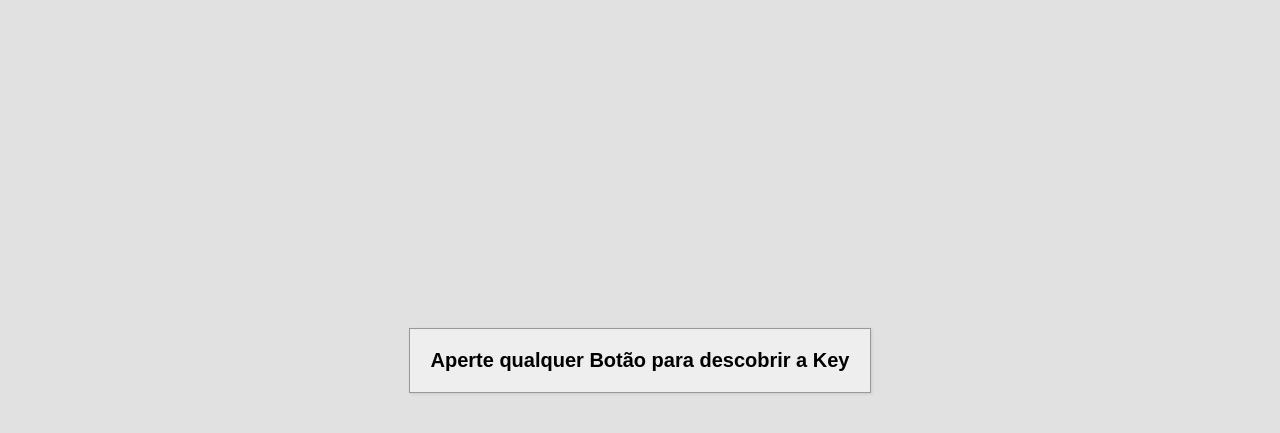
Repository: Williamlmachado/KeyCode
Page: index.html
An editor plug-in stored every save of this project. The page is shown before and after the next save, followed by the edit.
The browser window is 1280 px wide. The pictures show the whole page.
Some web fonts or font styles are not loaded; a fallback is used.

Above is the page before, as saved 2021-08-21 13:58:40.

After the next save:
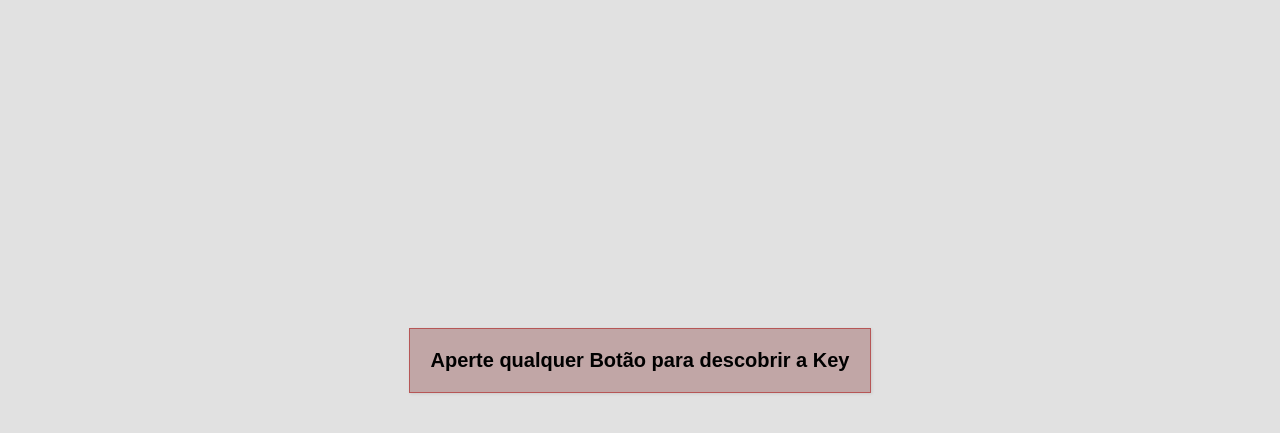
Saved 65 s later.
--- a/style.css
+++ b/style.css
@@ -17,8 +17,8 @@ body {
 }
 
 .key {
-  border: 1px solid #999;
-  background-color: #eee;
+  border: 1px solid rgba(177, 49, 49, 0.678);
+  background-color: rgba(121, 35, 35, 0.315);
   box-shadow: 1px 1px 3px rgba(0, 0, 0, 0.1);
   display: inline-flex;
   align-items: center;
